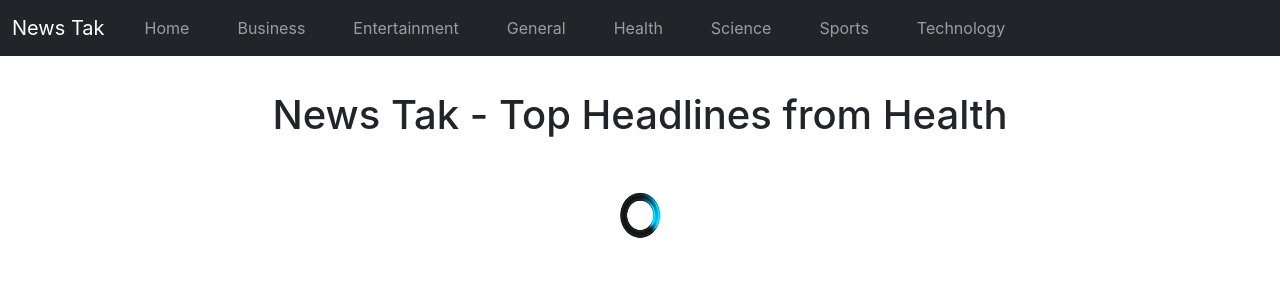
Repository: Rohit-foryou/News-website
Page: /health
The author's editor kept a copy of each file at every save. The page is drawn from the files as they stood at one save, then again after the next save.
The browser window is 1280 px wide. The pictures show the whole page.
The page's requests for data from a server got no answer. The project was rebuilt for these pictures with package versions that can differ from the ones it lists, and the page was loaded fresh each time. No one was signed in, and anything a server would have sent is missing. Also part of the build but not shown: src/Components/NewsItem.js.

Above is the page before, as saved 2024-01-11 23:26:03.

After the next save:
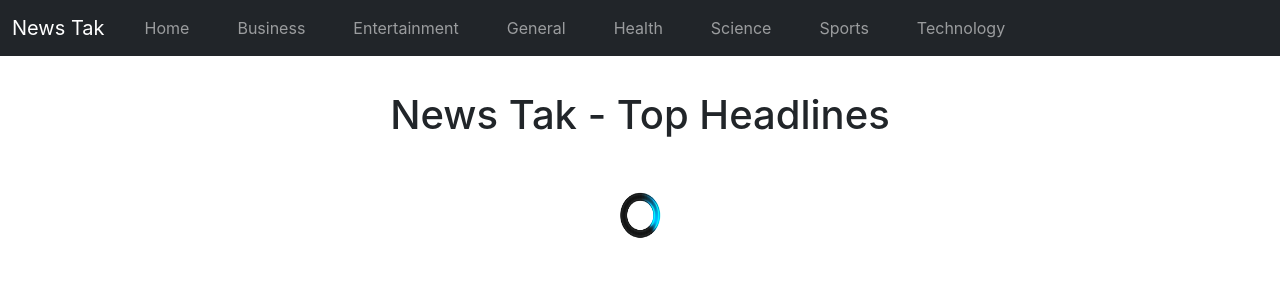
Saved 24 min 22 s later.
--- a/src/Components/News.js
+++ b/src/Components/News.js
@@ -32,7 +32,7 @@ export class News extends Component {
       loading: false,
       page: 1,
     };
-    document.title = `${this.capitalizeFirstLetter(this.props.category)} - News Tak`;
+    // document.title = `${this.capitalizeFirstLetter(this.props.category)} - News Tak`;
   }
 
 
@@ -89,7 +89,7 @@ export class News extends Component {
   render() {
     return (
       <>
-        <h1 className="text-center" style={{ margin: '35px 0px' }}>News Tak - Top Headlines from {this.capitalizeFirstLetter(this.props.category)}</h1>
+        <h1 className="text-center" style={{ margin: '35px 0px' }}>News Tak - Top Headlines</h1>
         {/* {this.state.loading && <Spinner/>} */}
 
         <InfiniteScroll
